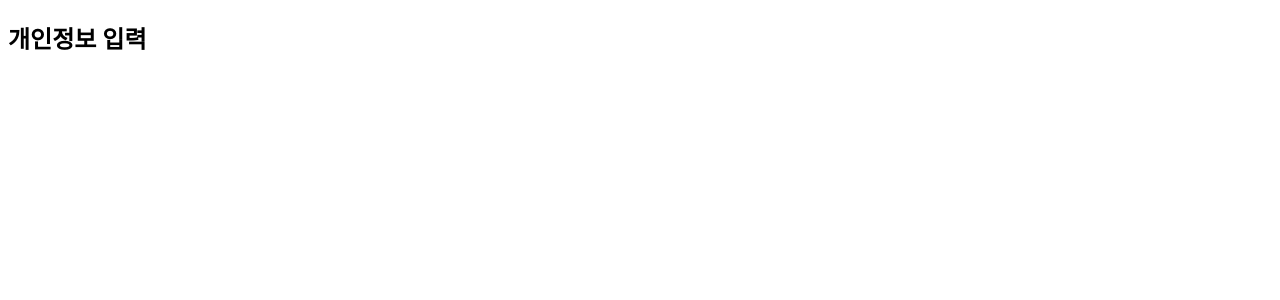
Repository: yoojinhee/JSP_study
Page: http://localhost/Test_JSP/testForm.jsp
An editor plug-in stored every save of this project. The page is shown before and after the next save, followed by the edit.
The browser window is 1280 px wide. The pictures show the whole page.
The page is served by Tomcat 9.

Above is the page before, as saved 2020-05-06 23:57:56.

After the next save:
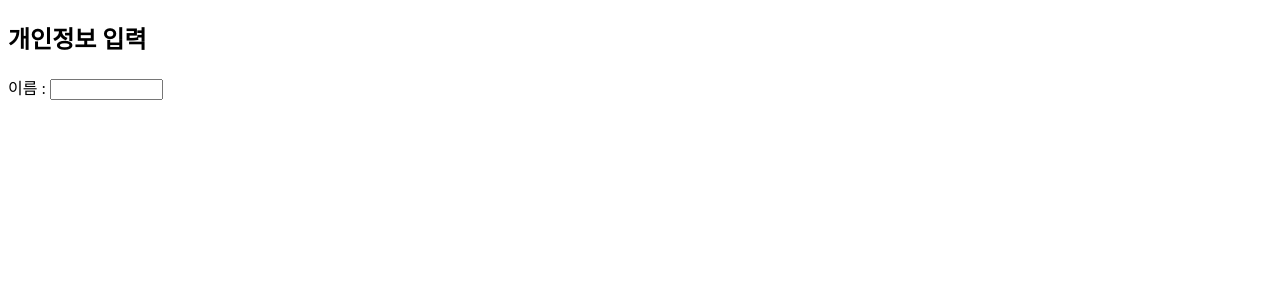
Saved 111 s later.
--- a/Project/Test_JSP/WebContent/testForm.jsp
+++ b/Project/Test_JSP/WebContent/testForm.jsp
@@ -8,5 +8,8 @@
 </head>
 <body>
 <h2>개인정보 입력</h2>
+<form action="">
+이름 : <input type="text" name="name" value="" size="11">
+</form>
 </body>
 </html>
